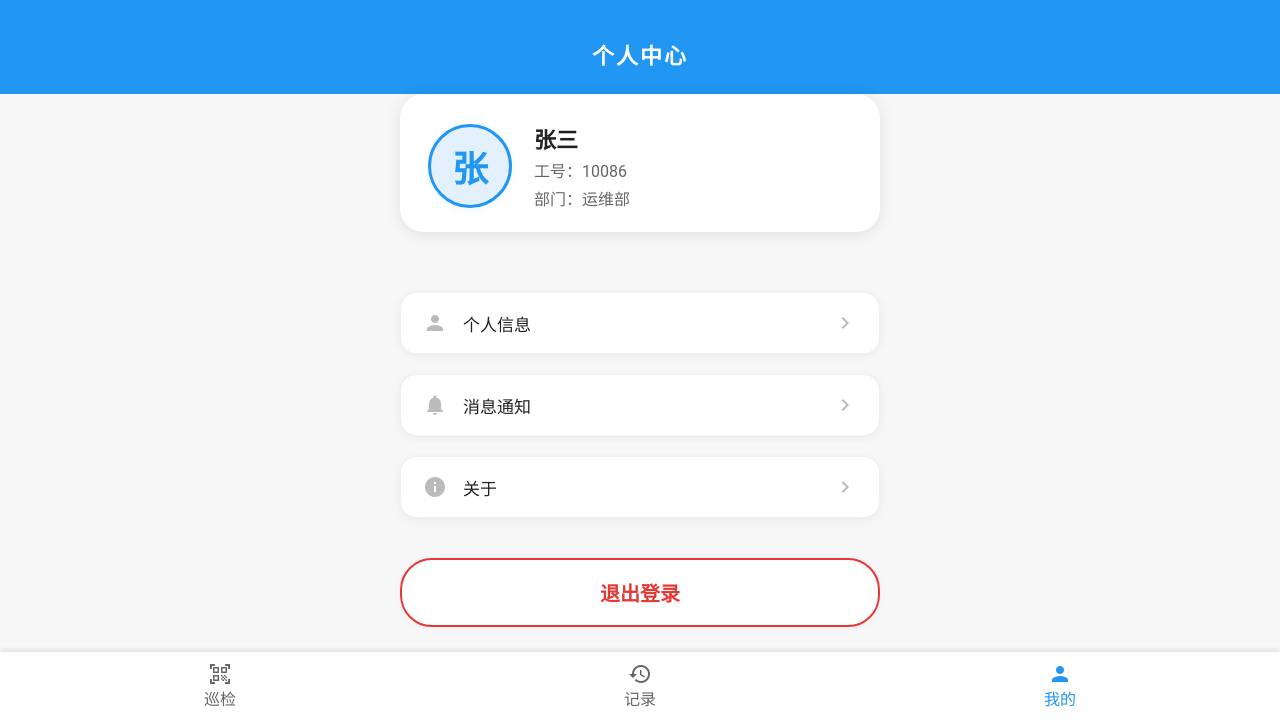
Repository: andyzheung/check-app
Page: UI原型/profile.html
These files come from the project's save history. The page is drawn as it stood at one moment and after the next save; the edit follows.
The browser window is 1280 px wide. The pictures show the whole page.

Above is the page before, as saved 2025-05-11 17:22:42.

After the next save:
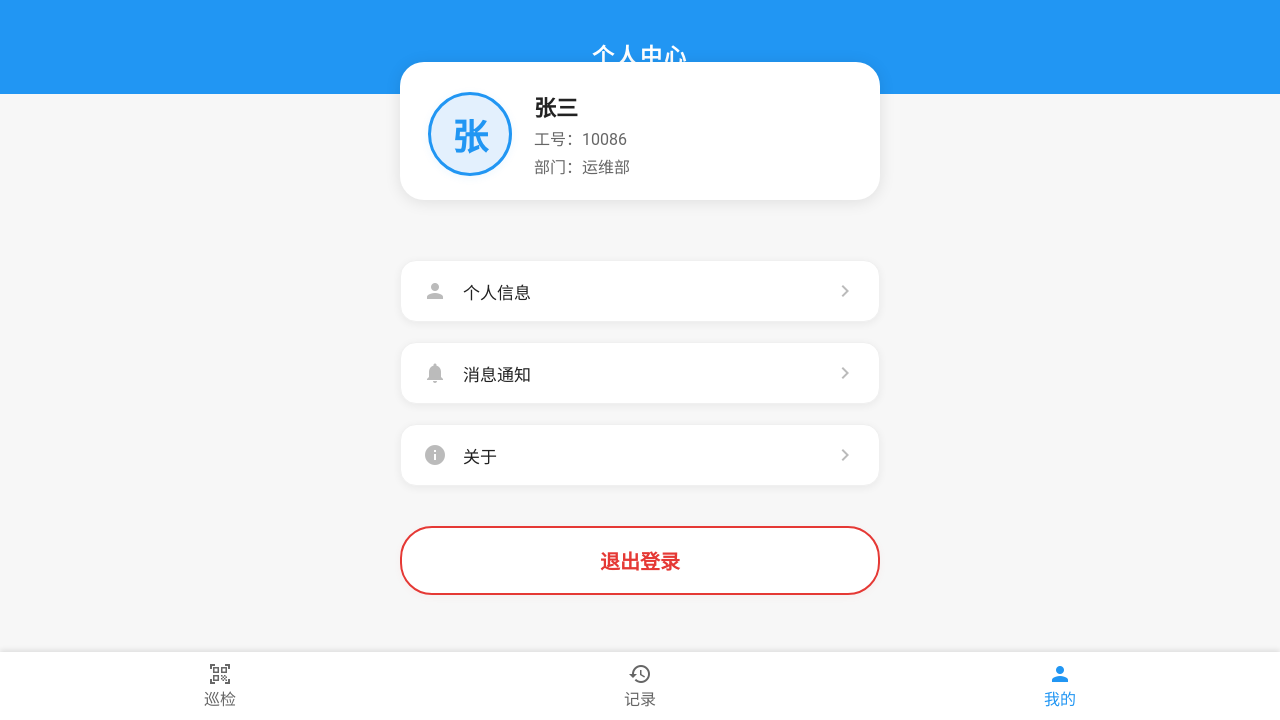
Saved 97 s later.
--- a/UI原型/profile.html
+++ b/UI原型/profile.html
@@ -11,36 +11,37 @@
 <body>
     <div class="profile-container">
         <div class="profile-topbar">个人中心</div>
-        <div style="height: 32px;"></div> <!-- 顶部留白，彻底避免重叠 -->
-        <div class="profile-card">
-            <div class="profile-avatar">张</div>
-            <div class="profile-info-block">
-                <div class="profile-name">张三</div>
-                <div class="profile-meta">工号：10086</div>
-                <div class="profile-meta">部门：运维部</div>
+        <div class="profile-content-wrapper">
+            <div class="profile-card">
+                <div class="profile-avatar">张</div>
+                <div class="profile-info-block">
+                    <div class="profile-name">张三</div>
+                    <div class="profile-meta">工号：10086</div>
+                    <div class="profile-meta">部门：运维部</div>
+                </div>
+            </div>
+            <div class="menu-list">
+                <div class="menu-item">
+                    <span class="menu-icon"><span class="material-icons">person</span></span>
+                    <span class="menu-label">个人信息</span>
+                    <span class="material-icons">chevron_right</span>
+                </div>
+                <div class="menu-item">
+                    <span class="menu-icon"><span class="material-icons">notifications</span></span>
+                    <span class="menu-label">消息通知</span>
+                    <span class="material-icons">chevron_right</span>
+                </div>
+                <div class="menu-item">
+                    <span class="menu-icon"><span class="material-icons">info</span></span>
+                    <span class="menu-label">关于</span>
+                    <span class="material-icons">chevron_right</span>
+                </div>
+            </div>
+            <div class="logout-button highlight" onclick="window.location.href='login.html'">
+                退出登录
             </div>
         </div>
-        <div class="menu-list">
-            <div class="menu-item">
-                <span class="menu-icon"><span class="material-icons">person</span></span>
-                <span class="menu-label">个人信息</span>
-                <span class="material-icons">chevron_right</span>
-            </div>
-            <div class="menu-item">
-                <span class="menu-icon"><span class="material-icons">notifications</span></span>
-                <span class="menu-label">消息通知</span>
-                <span class="material-icons">chevron_right</span>
-            </div>
-            <div class="menu-item">
-                <span class="menu-icon"><span class="material-icons">info</span></span>
-                <span class="menu-label">关于</span>
-                <span class="material-icons">chevron_right</span>
-            </div>
-        </div>
-        <div class="logout-button highlight" onclick="window.location.href='login.html'">
-            退出登录
-        </div>
-        <div style="height:32px;"></div>
+        <div style="height:40px;"></div>
         <!-- 底部导航 -->
         <div class="bottom-nav">
             <a href="scan.html" class="nav-item">
